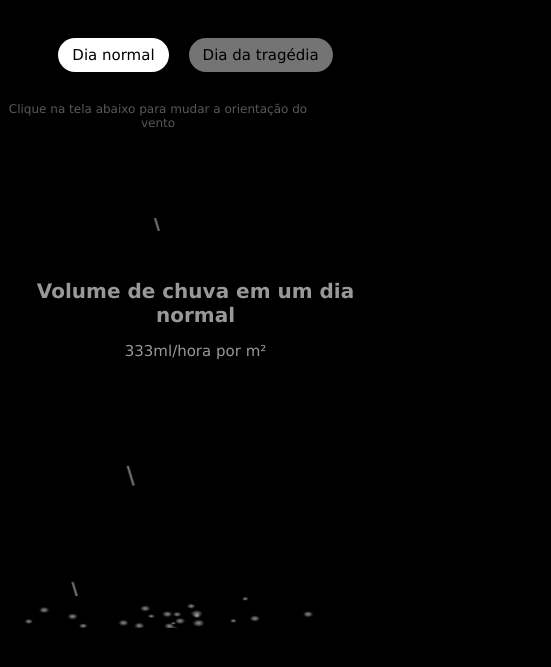
Repository: lucasthaynan/chuvas-estadao
Page: index.html
The author's editor kept a copy of each file at every save. The page is drawn from the files as they stood at one save, then again after the next save.
The browser window is 375 px wide. The page is 551 px wide, so the pictures cover 551 px, including what lies to the right of the window. The pictures show the whole page.

Above is the page before, as saved 2023-02-24 14:43:51.
Console error: ReferenceError: dat is not defined

### index.html
<!DOCTYPE html>
<html lang="en">
<head>
    <meta charset="UTF-8">
    <meta http-equiv="X-UA-Compatible" content="IE=edge">
    <meta name="viewport" content="width=device-width, initial-scale=1.0">
    <link rel="stylesheet" href="./style.css">

    <title>Document</title>
</head>
<body>


    <div>
        <!-- <h1>Texto teste</h1> -->
        <div class="btns">
            <button class="btn-normal active" onclick="clickNormal()">
                <p>Dia normal</p>
            </button>
            <button class="btn-tragedia" onclick="clickTragedia()">
                <p>Dia da tragédia</p>
            </button>
        </div>
        <p class="legenda">Mova o mouse na tela abaixo para mudar a orientação do vento</p>
    </div>
    <div id="instructions"></div>

        <canvas id="canvas">Canvas is not supported in your browser

        </canvas>

    <div class="text">
        <p class="destaque visible">Volume de chuva em um dia normal</p>
        <p class="volume visible">333ml/hora por m²</p>
    </div>


    <script src="./main.js"></script>
</body>
</html>

### style.css
/* html {
	position: absolute;
	width: 100%;
	height: 100%;
} */

body {
    background: -moz-linear-gradient(top,  rgb(0, 0, 0) 0%, rgb(0, 0, 0) 100%); /* FF3.6-15 */
    background: linear-gradient(to bottom,  rgb(0, 0, 0) 0%,rgba(0, 0, 0, 0.93) 100%);
    background: -webkit-linear-gradient(top,  rgb(0, 0, 0) 0%,rgb(0, 0, 0) 100%); /* Chrome10-25,Safari5.1-6 */
    /* background: linear-gradient(to bottom,  rgba(8,13,40,1) 0%,rgba(38,19,0,1) 100%); W3C, IE10+, FF16+, Chrome26+, Opera12+, Safari7+ */

    display: flex;
    flex-direction: column;

    width: 710px;
    height: 500px;

    position: relative;
    width: 100%;

}

canvas {
    width: 710px;
    height: 500px;

    left: 50%;

    position: absolute;
    transform: translateX(-50%);

    margin-top: 120px;

    /* background-color: rgb(63, 147, 147); */
    /* border: 10px solid #ffffff; */


    box-sizing: border-box;

}

@media (max-width: 709px) {
    canvas {
        /* display: none; */
        width: 100vw;
        /* background-color: rgb(63, 147, 147); */
    }
}



@media (max-width: 440px) {
    p.legenda {
        /* display: none; */
        width: 80vw;
        /* background-color: rgb(63, 147, 147); */
    }
}

#instructions {
	opacity: 1;
	transition: opacity 2s;
	background-repeat: no-repeat;
	background-position: center center;
	background-size: contain;
	/* background-image: url(data:[embedded picture, 1818 characters]);
	 */

    width: 710px;
    height: 500px;

    left: 50%;

    position: absolute;
    transform: translateX(-50%);

    margin-top: 200px;

	/* @media (max-height: 400px) {
		display: none;
	} */


}


.text {
    display: flex;
    justify-content: center;
    width: 100vw;
    height: 100%;
    /* align-content: center; */
    align-items: center;
    flex-direction: column;
    flex-wrap: nowrap;
    gap: 15px;
}

p {
    margin: 0;
    font-weight: 800;
    color: #989898;
    font-size: 20px;
    text-align: center;
    font-family:'Lucida Sans', 'Lucida Sans Regular', 'Lucida Grande', 'Lucida Sans Unicode', Geneva, Verdana, sans-serif;
}

p.volume {
    font-size: 15px;
    font-weight: 500;
}

/* div.btns p {
    transition: ;
} */

button.btn-normal.active,
button.btn-tragedia.active {
    background-color: #ffffff;
}

p.visible {
    visibility: visible;
    opacity: 1;
    transition: opacity 0.5s linear;
  }


p.hidden {
    visibility: hidden;
    opacity: 0;
    transition: visibility 0s 0.5s, opacity 0.5s linear;
}

div.btns {
    display: flex;
    flex-direction: row;
    align-items: center;
    justify-content: center;
    gap: 20px;
    padding-bottom: 30px;
    padding-top: 30px;
}

div.btns > button {
    background-color: #747474;
    padding: 8px 14px;
    border-radius: 999px;
    cursor: pointer;
    border: 0;
}

div.btns > button p {
    font-size: 15px;
    font-weight: 400;
    color: #000000;
}

h1 {
    color: #ffffff;
    left: 50%;

    position: absolute;
    transform: translateX(-50%);
}

p.legenda {
    text-align: center;
    font-size: 12px;
    font-weight: 200;
    color: #585858;
}

### main.js
// Falling rain simulation using 2D canvas
// - vanilla JS, no frameworks
// - framerate independent physics
// - slow-mo / fast-forward support via demo.speed
// - supports high-DPI screens
// - falling rain particles are drawn as vector lines
// - splash particles are lazily pre-rendered so gradients aren't computed each frame
// - all particles make use of object pooling to further boost performance

// initialize


document.addEventListener("DOMContentLoaded", function() {

	demo.init();
	window.addEventListener('resize', demo.resize);


});

// demo namespace
var demo = {
	// CUSTOMIZABLE PROPERTIES
	// - physics speed multiplier: allows slowing down or speeding up simulation
	speed: 1,
	// - color of particles
	color: {
		r: '255',
		g: '255',
		b: '255',
		a: '0.5'
	},

	// END CUSTOMIZATION
	// whether demo is running
	started: false,
	// canvas and associated context references
	canvas: null,
	ctx: null,
	// viewport dimensions (DIPs)
	width: 0,
	height: 0,
	// devicePixelRatio alias (should only be used for rendering, physics shouldn't care)
	dpr: window.devicePixelRatio || 1,
	// time since last drop
	drop_time: 0,
	// ideal time between drops (changed with mouse/finger)
    drop_delay: 195,
	// drop_delay: 156,
	// wind applied to rain (changed with mouse/finger)
    wind: 5,
	// wind: 5,
	// color of rain (set in init)
	rain_color: null,
	rain_color_clear: null,
	// rain particles
	rain: [],
	rain_pool: [],
	// rain droplet (splash) particles
	drops: [],
	drop_pool: []
};

// demo initialization (should only run once)
demo.init = function() {

	if (!demo.started) {

		demo.started = true;
		demo.canvas = document.getElementById('canvas');
		demo.ctx = demo.canvas.getContext('2d');
		var c = demo.color;
		demo.rain_color = 'rgba(' + c.r + ',' + c.g + ',' + c.b + ',' + c.a + ')';
		demo.rain_color_clear = 'rgba(' + c.r + ',' + c.g + ',' + c.b + ',0)';
		demo.resize();
		Ticker.addListener(demo.step);

		//
		const gui = new dat.GUI();
		gui.add(demo, 'speed', 0.2, 2);

		// fade out instructions after a few seconds
		var instructions = document.getElementById('instructions');
		setTimeout(function() {
			instructions.style.opacity = 0;
			setTimeout(function(){
				instructions.parentNode.removeChild(instructions);
			}, 2000);
		}, 4000);
	}
}

// (re)size canvas (clears all particles)
demo.resize = function() {
	// localize common references
	var rain = demo.rain;
	var drops = demo.drops;
	// recycle particles
	for (var i = rain.length - 1; i >= 0; i--) {
			rain.pop().recycle();
	}
	for (var i = drops.length - 1; i >= 0; i--) {
			drops.pop().recycle();
	}
	// resize
	demo.width = window.innerWidth;
	demo.height = window.innerHeight;
	demo.canvas.width = demo.width * demo.dpr;
	demo.canvas.height = demo.height * demo.dpr;

	// let viewport_width = window.innerWidth;
	if (demo.width < 710) {
		document.querySelector("p.legenda").innerHTML = "Clique na tela abaixo para mudar a orientação do vento"
	}
	console.log(demo.width)
}

demo.step = function(time, lag) {
	// localize common references
	var demo = window.demo;
	var speed = demo.speed;
	var width = demo.width;
	var height = demo.height;
	var wind = demo.wind;
	var rain = demo.rain;
	var rain_pool = demo.rain_pool;
	var drops = demo.drops;
	var drop_pool = demo.drop_pool;

	// multiplier for physics
	var multiplier = speed * lag;

	// spawn drops
	demo.drop_time += time * speed;
	while (demo.drop_time > demo.drop_delay) {
		demo.drop_time -= demo.drop_delay;
		var new_rain = rain_pool.pop() || new Rain();
		new_rain.init();
		var wind_expand = Math.abs(height / new_rain.speed * wind); // expand spawn width as wind increases
		var spawn_x = Math.random() * (width + wind_expand);
		if (wind > 0) spawn_x -= wind_expand;
		new_rain.x = spawn_x;
		rain.push(new_rain);
	}

	// rain physics
	for (var i = rain.length - 1; i >= 0; i--) {
		var r = rain[i];
		r.y += r.speed * r.z * multiplier;
		r.x += r.z * wind * multiplier;
		// remove rain when out of view
		if (r.y > height) {
			// if rain reached bottom of view, show a splash
			r.splash();
		}
		// recycle rain
		if (r.y > height + Rain.height * r.z || (wind < 0 && r.x < wind) || (wind > 0 && r.x > width + wind)) {
			r.recycle();
			rain.splice(i, 1);
		}
	}

	// splash drop physics
	var drop_max_speed = Drop.max_speed;
	for (var i = drops.length - 1; i >= 0; i--) {
		var d = drops[i];
		d.x += d.speed_x * multiplier;
		d.y += d.speed_y * multiplier;
		// apply gravity - magic number 0.3 represents a faked gravity constant
		d.speed_y += 0.3 * multiplier;
		// apply wind (but scale back the force)
		d.speed_x += wind / 25 * multiplier;
		if (d.speed_x < -drop_max_speed) {
			d.speed_x = -drop_max_speed;
		}else if (d.speed_x > drop_max_speed) {
			d.speed_x = drop_max_speed;
		}
		// recycle
		if (d.y > height + d.radius) {
			d.recycle();
			drops.splice(i, 1);
		}
	}

	demo.draw();
}

demo.draw = function() {
	// localize common references
	var demo = window.demo;
	var width = demo.width;
	var height = demo.height;
	var dpr = demo.dpr;
	var rain = demo.rain;
	var drops = demo.drops;
	var ctx = demo.ctx;

	// start fresh
	ctx.clearRect(0, 0, width*dpr, height*dpr);

	// draw rain (trace all paths first, then stroke once)
	ctx.beginPath();
	var rain_height = Rain.height * dpr;
	for (var i = rain.length - 1; i >= 0; i--) {
		var r = rain[i];
		var real_x = r.x * dpr;
		var real_y = r.y * dpr;
		ctx.moveTo(real_x, real_y);
		// magic number 1.5 compensates for lack of trig in drawing angled rain
		ctx.lineTo(real_x - demo.wind * r.z * dpr * 1.5, real_y - rain_height * r.z);
	}
	ctx.lineWidth = Rain.width * dpr;
	ctx.strokeStyle = demo.rain_color;
	ctx.stroke();

	// draw splash drops (just copy pre-rendered canvas)
	for (var i = drops.length - 1; i >= 0; i--) {
		var d = drops[i];
		var real_x = d.x * dpr - d.radius;
		var real_y = d.y * dpr - d.radius;
		ctx.drawImage(d.canvas, real_x, real_y);
	}
}


// Rain definition
function Rain() {
	this.x = 0;
	this.y = 0;
	this.z = 0;
	this.speed = 25;
	this.splashed = false;
}
Rain.width = 2;

// TAMANHO DAS GOSTAS DE CHUVA - 40 = PADRAO
Rain.height = 40;
Rain.prototype.init = function() {
	this.y = Math.random() * -100;

    // VELOCIDADE DE QUEDA DA CHUVA - 0.5 + 0.5 = PADRAO
	this.z = Math.random() * 0.5 + 0.5;
	this.splashed = false;
}
Rain.prototype.recycle = function() {
	demo.rain_pool.push(this);
}
// recycle rain particle and create a burst of droplets
Rain.prototype.splash = function() {
	if (!this.splashed) {
		this.splashed = true;
		var drops = demo.drops;
		var drop_pool = demo.drop_pool;

		for (var i=0; i<16; i++) {
			var drop = drop_pool.pop() || new Drop();
			drops.push(drop);
			drop.init(this.x);
		}
	}
}


// Droplet definition
function Drop() {
	this.x = 0;
	this.y = 0;
	this.radius = Math.round(Math.random() * 4 + 2) * demo.dpr;
	this.speed_x = 0;
	this.speed_y = 0;
	this.canvas = document.createElement('canvas');
	this.ctx = this.canvas.getContext('2d');

	// render once and cache
	var diameter = this.radius * 2;
	this.canvas.width = diameter;
	this.canvas.height = diameter;

	var grd = this.ctx.createRadialGradient(this.radius, this.radius , 1, this.radius, this.radius, this.radius);
	grd.addColorStop(0, demo.rain_color);
	grd.addColorStop(1, demo.rain_color_clear);
	this.ctx.fillStyle = grd;
	this.ctx.fillRect(0, 0, diameter, diameter);
}

// DISPERCAO DOS PINGOS NO CHAO
Drop.max_speed = 6;

Drop.prototype.init = function(x) {
	this.x = x;
	this.y = demo.height;
	var angle = Math.random() * Math.PI - (Math.PI * 0.5);
	var speed = Math.random() * Drop.max_speed;
	this.speed_x = Math.sin(angle) * speed;
	this.speed_y = -Math.cos(angle) * speed;
}
Drop.prototype.recycle = function() {
	demo.drop_pool.push(this);
}




// handle interaction
demo.mouseHandler = function(evt) {
	demo.updateCursor(evt.clientX, evt.clientY);
}
demo.touchHandler = function(evt) {
	evt.preventDefault();
	var touch = evt.touches[0];
	demo.updateCursor(touch.clientX, touch.clientY);
}
demo.updateCursor = function(x, y) {
	x /= demo.width;
	y /= demo.height;
	var y_inverse = (1 - y);

	// demo.drop_delay = y_inverse*y_inverse*y_inverse * 100 + 2;

	if (btnAtual == "tragedia") {
		demo.wind = (x - 0.5) * 20;
	} else {
		demo.wind = (x - 0.5) * 10;
	}

}

document.addEventListener('mousemove', demo.mouseHandler);
// document.addEventListener('touchstart', demo.touchHandler);
// document.addEventListener('touchmove', demo.touchHandler);



// Frame ticker helper module
var Ticker = (function(){
	var PUBLIC_API = {};

	// public
	// will call function reference repeatedly once registered, passing elapsed time and a lag multiplier as parameters
	PUBLIC_API.addListener = function addListener(fn) {
		if (typeof fn !== 'function') throw('Ticker.addListener() requires a function reference passed in.');

		listeners.push(fn);

		// start frame-loop lazily
		if (!started) {
			started = true;
			queueFrame();
		}
	};

	// private
	var started = false;
	var last_timestamp = 0;
	var listeners = [];
	// queue up a new frame (calls frameHandler)
	function queueFrame() {
		if (window.requestAnimationFrame) {
			requestAnimationFrame(frameHandler);
		} else {
			webkitRequestAnimationFrame(frameHandler);
		}
	}
	function frameHandler(timestamp) {
		var frame_time = timestamp - last_timestamp;
		last_timestamp = timestamp;
		// make sure negative time isn't reported (first frame can be whacky)
		if (frame_time < 0) {
			frame_time = 17;
		}
		// - cap minimum framerate to 15fps[~68ms] (assuming 60fps[~17ms] as 'normal')
		else if (frame_time > 68) {
			frame_time = 68;
		}

		// fire custom listeners
		for (var i = 0, len = listeners.length; i < len; i++) {
			listeners[i].call(window, frame_time, frame_time / 16.67);
		}

		// always queue another frame
		queueFrame();
	}

	return PUBLIC_API;
}());

// ATIVANDO BOTOES PARA MUDAR VOLUME DA CHUVA

// window.onload=function() {

// 	let btnNormal = document.querySelector("div.btn-normal")
// 	let btnTragedia = document.querySelector("div.btn-tragedia")

// 	btnNormal.addEventListener("click", e => {
// 		demo.drop_delay = 156
// 		demo.wind = 5
// 		console.log("normal")
// 	})

// 	btnTragedia.addEventListener("click", e => {
// 		demo.drop_delay = 2.5
// 		demo.wind = 15
// 		console.log("tragedia")
// 	})

// }

let btnAtual = "normal"

function clickTragedia(){

		btnAtual = "tragedia"

		document.querySelector("button.btn-normal").classList.remove("active")
		document.querySelector("button.btn-tragedia").classList.add("active")

		document.querySelector("p.destaque").classList.add("hidden")
		document.querySelector("p.volume").classList.add("hidden")

		setTimeout(() => {
			document.querySelector("p.destaque").innerHTML = "Volume de chuva no dia da tragédia"
			document.querySelector("p.volume").innerHTML = "26,5 litros/hora por m²"

			document.querySelector("p.destaque").classList.remove("hidden");
			document.querySelector("p.volume").classList.remove("hidden");
		  }, 500)



		demo.drop_delay = 2.5
		demo.wind = 5
		Drop.max_speed = 10
		console.log(btnAtual)
	}

function clickNormal(){

		btnAtual = "normal"

		// document.querySelector("button .btn-tragedia").style.background = "#797979"

		document.querySelector("button.btn-normal").classList.add("active")
		document.querySelector("button.btn-tragedia").classList.remove("active")

		document.querySelector("p.destaque").classList.add("hidden")
		document.querySelector("p.volume").classList.add("hidden")

		setTimeout(() => {
			document.querySelector("p.destaque").innerHTML = "Volume de chuva em um dia normal"
			document.querySelector("p.volume").innerHTML = "333ml/hora por m²"

			document.querySelector("p.destaque").classList.remove("hidden");
			document.querySelector("p.volume").classList.remove("hidden");
		  }, 500)



		demo.drop_delay = 195
		demo.wind = 4
		Drop.max_speed = 6
		console.log(btnAtual)
	}

After the next save:
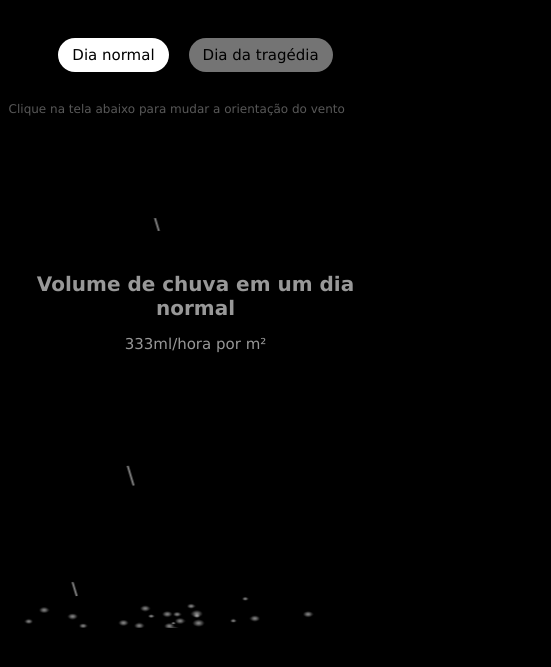
Saved 31 s later.
--- a/style.css
+++ b/style.css
@@ -53,7 +53,7 @@ canvas {
 @media (max-width: 440px) {
     p.legenda {
         /* display: none; */
-        width: 80vw;
+        width: 90vw;
         /* background-color: rgb(63, 147, 147); */
     }
 }
